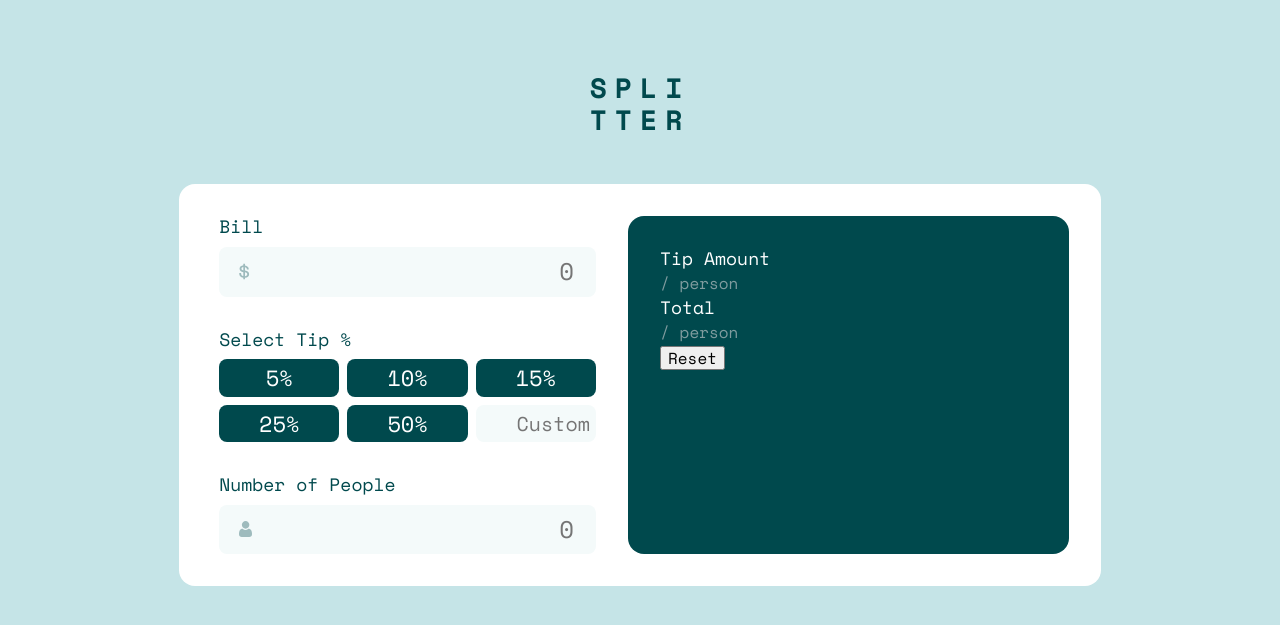
Repository: Jay-JYKim91/FM_tip-calculator
Page: index.html
An editor plug-in stored every save of this project. The page is shown before and after the next save, followed by the edit.
The browser window is 1280 px wide. The pictures show the whole page.

Above is the page before, as saved 2021-12-21 22:29:36.

### index.html
<!DOCTYPE html>
<html lang="en">
<head>
  <meta charset="UTF-8">
  <meta name="viewport" content="width=device-width, initial-scale=1.0"> <!-- displays site properly based on user's device -->

  <link rel="icon" type="image/png" sizes="32x32" href="./images/favicon-32x32.png">

  <title>Tip calculator</title>
  <link rel="preconnect" href="https://fonts.googleapis.com">
  <link rel="preconnect" href="https://fonts.gstatic.com" crossorigin>
  <link href="https://fonts.googleapis.com/css2?family=Space+Mono:wght@400;700&display=swap" rel="stylesheet">
  <link rel="stylesheet" href="https://cdnjs.cloudflare.com/ajax/libs/normalize/8.0.1/normalize.min.css" integrity="sha512-NhSC1YmyruXifcj/KFRWoC561YpHpc5Jtzgvbuzx5VozKpWvQ+4nXhPdFgmx8xqexRcpAglTj9sIBWINXa8x5w==" crossorigin="anonymous" referrerpolicy="no-referrer" />
  <link rel="stylesheet" href="style.css">
  <script src="main.js" defer></script>

</head>
<body>
  <main class="container">
    <h1 class="main_title">Spli<br>tter</h1>
    <section class="calculator_wrapper">
      <article class="input_wrapper">
        <div>
          <p class="title">Bill</p>
          <div class="input_form">
            <img src="./images/icon-dollar.svg" alt="dollar">
            <input type="tel" placeholder="0">
          </div>
        </div>
        <div>
          <p class="title">Select Tip %</p>
          <div class="tip_options">
            <button class="tip_option">5%</button>
            <button class="tip_option">10%</button>
            <button class="tip_option">15%</button>
            <button class="tip_option">25%</button>
            <button class="tip_option">50%</button>
            <input type="tel" id="custom_tip" class="tip_option" placeholder="Custom" autocomplete="off">
          </div>
        </div>
        <div>
          <p class="title">Number of People</p>
          <div class="input_form">
            <img src="./images/icon-person.svg" alt="person">
            <input type="tel" placeholder="0">
          </div>
        </div>
      </article>
      <article class="result_wrapper">
        <div class="result_rows">
          <div class="result_row">
            <div class="result_title_wrapper">
              <p class="title">Tip Amount</p>
              <p class="subtitle">/ person</p>
            </div>
            <p id="tipAmountPrice"></p>
          </div>
          <div class="result_row">
            <div class="result_title_wrapper">
              <p class="title">Total</p>
              <p class="subtitle">/ person</p>
            </div>
            <p id="totalPrice"></p>
          </div>
        </div>
        <div>
          <button>Reset</button>
        </div>
      </article>
    </section>
  </main>
</body>
</html>

### style.css
:root {
  --body-font: "Space Mono", monospace;

  --strong-cyan: hsl(172, 67%, 45%);
  --very-dark-cyan: hsl(183, 100%, 15%);
  --dark-grayish-cyan1: hsl(186, 14%, 43%);
  --dark-grayish-cyan2: hsl(184, 14%, 56%);
  --light-grayish-cyan1: hsl(185, 41%, 84%);
  --light-grayish-cyan2: hsl(189, 41%, 97%);
  --white: hsl(0, 0%, 100%);
}
body {
  background-color: var(--light-grayish-cyan1);
  font-family: var(--body-font);
}
.container {
  margin: 10vh 14vw;
}
.main_title {
  margin: 3rem;
  text-align: center;
  text-transform: uppercase;
  letter-spacing: 8px;
  color: var(--very-dark-cyan);
  font-size: 1.75rem;
}
.calculator_wrapper {
  background-color: var(--white);
  display: flex;
  justify-content: space-between;
  padding: 2rem;
  border-radius: 1rem;
}
.input_wrapper {
  flex-basis: 50%;
  padding: 0 2em 0 0.5em;
}
.input_wrapper div {
  margin-bottom: 2rem;
}
.input_wrapper div:last-child {
  margin-bottom: 0;
}
.tip_options {
  display: grid;
  grid-template-columns: repeat(3, 1fr);
  grid-gap: 0.5em;
}
.tip_option {
  border: none;
  background-color: var(--very-dark-cyan);
  color: var(--white);
  font-family: var(--body-font);
  padding: 6px;
  font-size: 22px;
  border-radius: 0.5rem;
  cursor: pointer;
  transition: all 0.1s ease-in-out;
}
.tip_option:hover {
  background-color: var(--light-grayish-cyan1);
  color: var(--very-dark-cyan);
}
.tip_option:focus {
  background-color: var(--strong-cyan);
  color: var(--very-dark-cyan);
}
#custom_tip {
  width: 100%;
  /* border: none; */
  background-color: var(--light-grayish-cyan2);
  /* padding: 10px 6px; */
  box-sizing: border-box;
  text-align: right;
  font-size: 20px;
  /* border-radius: 0.5rem; */
  color: var(--very-dark-cyan);
}
#custom_tip:focus {
  outline: none;
}
.title {
  margin: 0 0 10px 0;
  color: var(--very-dark-cyan);
  font-size: 18px;
}
.input_form {
  display: flex;
  align-items: center;
  justify-content: space-between;
  background-color: var(--light-grayish-cyan2);
  padding: 10px 20px;
  border-radius: 0.5rem;
}
.input_form input {
  width: 90%;
  font-size: 24px;
  border: none;
  background-color: var(--light-grayish-cyan2);
  text-align: right;
  color: var(--very-dark-cyan);
}
.input_form input:focus {
  outline: none;
}
.result_wrapper {
  background-color: var(--very-dark-cyan);
  flex-basis: 50%;
  border-radius: 1rem;
  padding: 2em;
}
.result_title_wrapper {
  flex-basis: 40%;
}
.result_title_wrapper p {
  margin: 0 0 0.3rem 0;
}
.result_wrapper .title {
  color: var(--white);
  /* margin: 0 0 10px 0; */
}
.subtitle {
  color: var(--dark-grayish-cyan2);
}
.result_row {
  display: flex;
  align-items: center;
  justify-content: space-between;
}
/* Tablet size */
@media (min-width: 768px) and (max-width: 1023px) {
}

/* Mobile size */
@media (max-width: 767px) {
}

Loaded but not shown: main.js (empty)

After the next save:
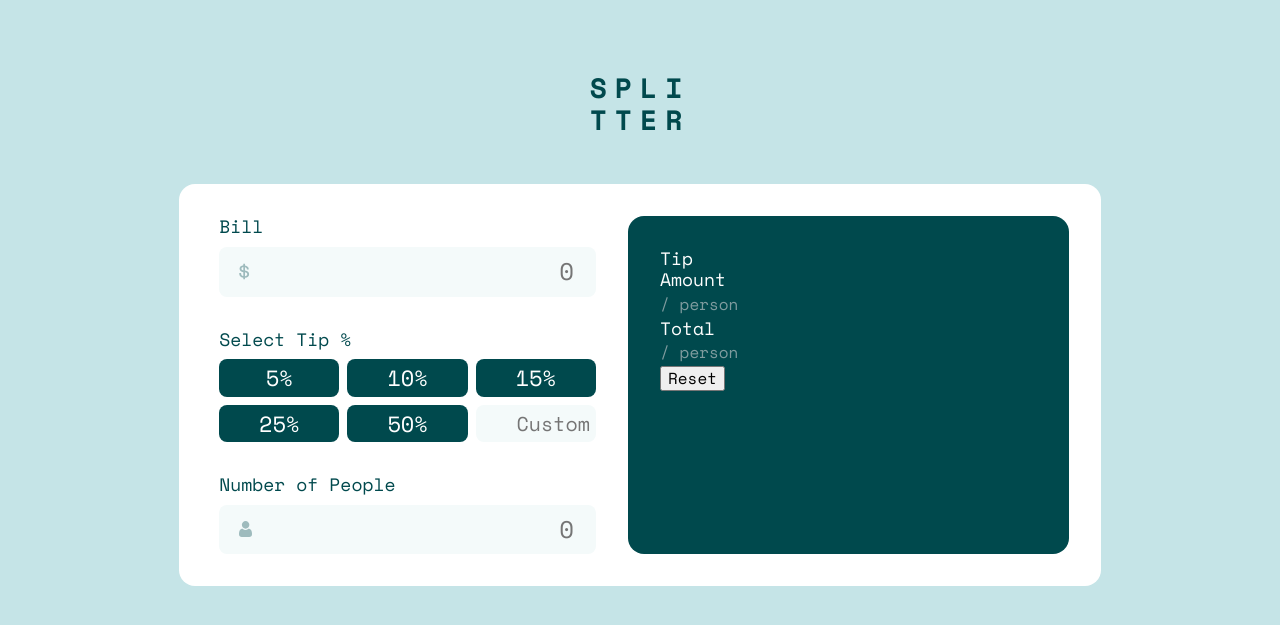
Saved 24 s later.
--- a/style.css
+++ b/style.css
@@ -127,6 +127,10 @@
   align-items: center;
   justify-content: space-between;
 }
+#tipAmountPrice {
+  width: 100%;
+}
+
 /* Tablet size */
 @media (min-width: 768px) and (max-width: 1023px) {
 }

After the save that followed:
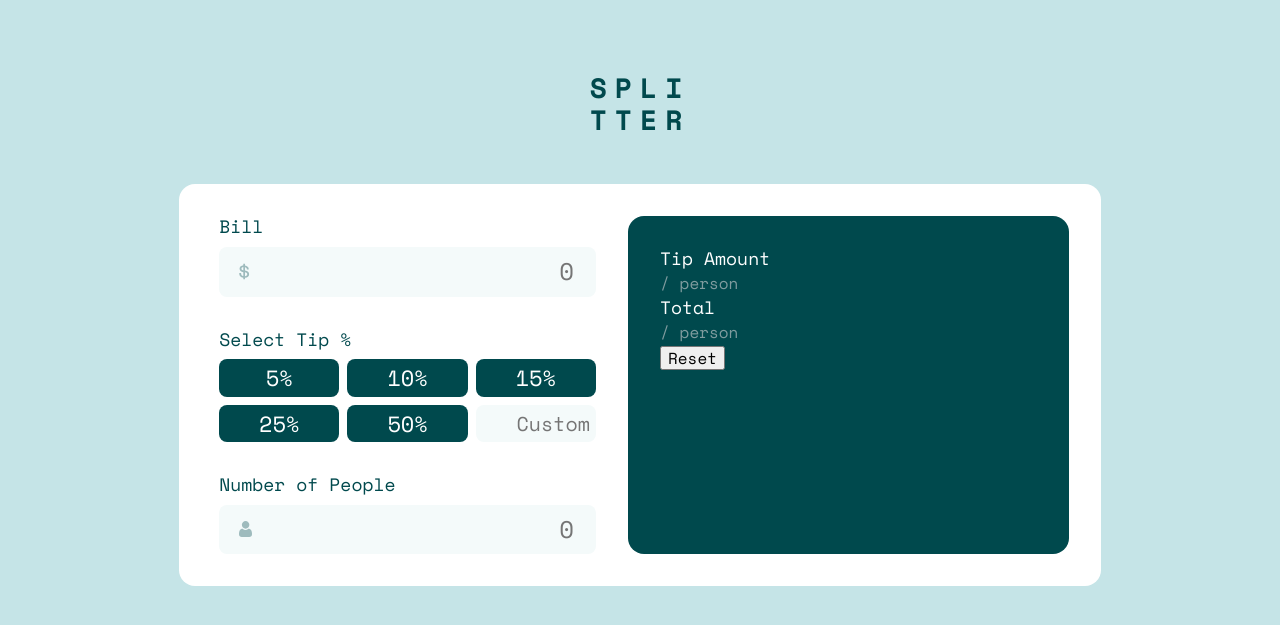
Saved 44 s later.
--- a/style.css
+++ b/style.css
@@ -128,7 +128,7 @@
   justify-content: space-between;
 }
 #tipAmountPrice {
-  width: 100%;
+  flex-basis: 60%;
 }
 
 /* Tablet size */
